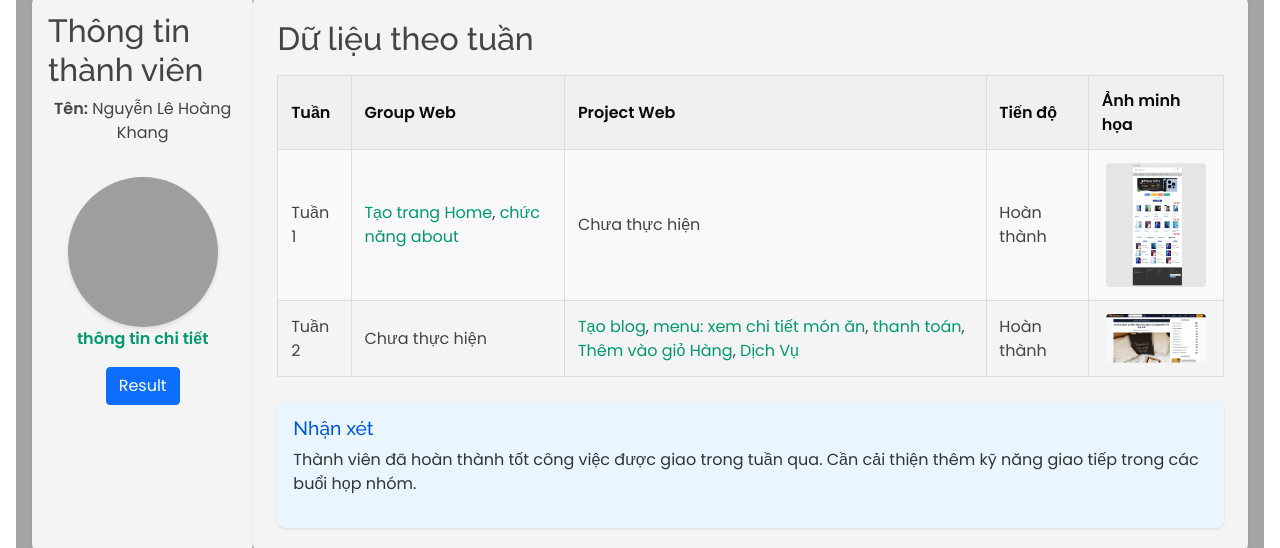
Repository: HoangKhangKhuPho4/Group_Web
Page: results.html
An editor plug-in stored every save of this project. The page is shown before and after the next save, followed by the edit.
The browser window is 1280 px wide. The pictures show the part of the page from y = 1113 to 1661 px (the page is 3095 px tall).
Pictures or frames that could not be fetched are drawn as grey boxes. A picture or video elsewhere on the page could not be fetched, so the positions and the page height are approximate.

Above is the page before, as saved 2025-01-18 19:59:59.

### results.html
<!DOCTYPE html>
<html lang="en">
<head>
    <meta charset="UTF-8">
    <meta name="viewport" content="width=device-width, initial-scale=1.0">
    <title>Thông tin thành viên</title>
    <!-- Favicons -->
    <link href="assets/img/favicon.png" rel="icon" />
    <link href="assets/img/apple-touch-icon.png" rel="apple-touch-icon" />

    <!-- Google Fonts -->
    <link
      href="https://fonts.googleapis.com/css?family=Open+Sans:300,300i,400,400i,600,600i,700,700i|Raleway:300,300i,400,400i,500,500i,600,600i,700,700i|Poppins:300,300i,400,400i,500,500i,600,600i"
      rel="stylesheet"
    />

    <!-- Vendor CSS Files -->
    <link href="assets/vendor/aos/aos.css" rel="stylesheet" />
    <link
      href="assets/vendor/bootstrap/css/bootstrap.min.css"
      rel="stylesheet"
    />
    <link
      href="assets/vendor/bootstrap-icons/bootstrap-icons.css"
      rel="stylesheet"
    />
    <link href="assets/vendor/boxicons/css/boxicons.min.css" rel="stylesheet" />
    <link
      href="assets/vendor/glightbox/css/glightbox.min.css"
      rel="stylesheet"
    />
    <link href="assets/vendor/remixicon/remixicon.css" rel="stylesheet" />
    <link href="assets/vendor/swiper/swiper-bundle.min.css" rel="stylesheet" />

    <!-- Bootstrap Icons -->
    <link
      href="https://cdn.jsdelivr.net/npm/bootstrap-icons@1.10.5/font/bootstrap-icons.css"
      rel="stylesheet"
    />

    <!-- Template Main CSS File -->
    <link href="assets/css/style.css" rel="stylesheet" />
    <link rel="stylesheet" href="css\result.css">
</head>
<body>
    <!-- ======= Header ======= -->
    <header id="header" class="fixed-top d-flex align-items-center">
        <div class="container-header">
            <div class="header-container d-flex align-items-center justify-content-between">
                <div class="logo">
                    <h1 class="text-light">
                        <a href="index.html"><span>Group 15</span></a>
                    </h1>
                </div>

                <nav id="navbar" class="navbar">
                    <ul>
                        <li>
                            <a class="nav-link scrollto " href="index.html">Home</a>
                        </li>
                        <li><a class="nav-link scrollto" href="about.html">About</a></li>
                        <li>
                            <a class="nav-link scrollto" href="groupDiary.html">Group Diary</a>
                        </li>
                        <li>
                            <a class="nav-link scrollto" href="technical.html">Technical</a>
                        </li>
                        <li>
                            <a class="nav-link scrollto" href="styleguide.html">Style Guide</a>
                        </li>
                        <li>
                            <a class="nav-link scrollto active" href="results.html">Results</a>
                        </li>
                        <li>
                            <a class="nav-link scrollto" href="project.html">Project</a>
                        </li>
                        <li>
                            <a class="nav-link scrollto" href="contact.html">Contact</a>
                        </li>
                    </ul>
                    <i class="bi bi-list mobile-nav-toggle"></i>
                </nav>
                <!-- .navbar -->
            </div>
            <!-- End Header Container -->
        </div>
    </header>

    <div class="container-content">
        <div class="main-content">
            <div class="member-info">
                <h2>Thông tin thành viên</h2>
                <div class="member-card">
                    <p><strong>Tên:</strong> Dương Quốc Toàn</p>
                    <img src="assets/img/team/team-1.jpg" alt="Ảnh thành viên" class="member-photo">
                    <p><strong><a href="https://www.facebook.com/share/KgZ8NYxNgyUj9bbq/">thông tin chi tiết</a></strong></p>
                </div>
            </div>
            <div class="weekly-data">
                <h2>Dữ liệu theo tuần</h2>
                <table>
                    <thead>
                        <tr>
                            <th>Tuần</th>
                            <th>Công việc đã làm</th>
                            <th>Tiến độ</th>
                            <th>Ảnh minh họa</th>
                        </tr>
                    </thead>
                    <tbody>
                        <tr>
                            <td>Tuần 1</td>
                            <td>Tạo chức năng Group Diary</td>
                            <td>Hoàn thành</td>
                            <td>
                                <img src="img\project\groupDiary.png" alt="Ảnh tuần 1" class="week-photo">
                            </td>
                        </tr>
                        <tr>
                            <td>Tuần 2</td>
                            <td>Tạo home:giới thiệu món ăn, đầu bếp,các chương trình khuyến mãi</td>
                            <td>Đang thực hiện</td>
                            <td>
                                <img src="assets\img\project\Home_Group11_Figma.jpg" alt="Ảnh tuần 2" class="week-photo">
                            </td>
                        </tr>
                    </tbody>
                </table>
                <div class="feedback">
                    <h3>Nhận xét</h3>
                    <p>Thành viên đã hoàn thành tốt công việc được giao trong tuần qua. Cần cải thiện thêm kỹ năng giao tiếp trong các buổi họp nhóm.</p>
                </div>
            </div>
        </div>
        <div class="main-content">
            <div class="member-info">
                <h2>Thông tin thành viên</h2>
                <div class="member-card">
                    <p><strong>Tên:</strong> Đặng Thị Mỹ Hạnh</p>
                    <img src="assets/img/team/team-2.jpg" alt="Ảnh thành viên" class="member-photo">
                    <p><strong><a href="https://www.facebook.com/profile.php?id=100024623842401">thông tin chi tiết</a></strong></p>
                </div>
            </div>
            <div class="weekly-data">
                <h2>Dữ liệu theo tuần</h2>
                <table>
                    <thead>
                        <tr>
                            <th>Tuần</th>
                            <th>Công việc đã làm</th>
                            <th>Tiến độ</th>
                            <th>Ảnh minh họa</th>
                        </tr>
                    </thead>
                    <tbody>
                        <tr>
                            <td>Tuần 1</td>
                            <td>Tạo chức năng Style Guide, Result</td>
                            <td>Hoàn thành</td>
                            <td>
                                <img src="img\project\styleGiay.png" alt="Ảnh tuần 1" class="week-photo">
                            </td>
                        </tr>
                        <tr>
                            <td>Tuần 2</td>
                            <td>Tạo chức năng contact, đặt hàng online</td>
                            <td>Đang thực hiện</td>
                            <td>
                                <img src="img\project\contactFigma.jpg" alt="Ảnh tuần 2" class="week-photo">
                            </td>
                        </tr>
                    </tbody>
                </table>
                <div class="feedback">
                    <h3>Nhận xét</h3>
                    <p>Thành viên đã hoàn thành tốt công việc được giao trong tuần qua. Cần cải thiện thêm kỹ năng giao tiếp trong các buổi họp nhóm.</p>
                </div>
            </div>
        </div>
<!-- ...existing code... -->
<div class="main-content">
    <div class="member-info">
        <h2>Thông tin thành viên</h2>
        <div class="member-card">
            <p><strong>Tên:</strong> Nguyễn Lê Hoàng Khang</p>
            <img src="assets/img/team/team-3.png" alt="Ảnh thành viên" class="member-photo">
            <p><strong><a href="https://www.facebook.com/profile.php?id=100088292157574&locale=vi_VN">thông tin chi tiết</a></strong></p>
            <p><strong><a href="result.html" class="btn btn-primary">Result</a></strong></p>
        </div>
    </div>
    <div class="weekly-data">
        <h2>Dữ liệu theo tuần</h2>
        <table>
            <thead>
                <tr>
                    <th>Tuần</th>
                    <th>Group Web</th>
                    <th>Project Web</th>
                    <th>Tiến độ</th>
                    <th>Ảnh minh họa</th>
                </tr>
            </thead>
            <tbody>
                <tr>
                    <td>Tuần 1</td>
                    <td>
                        <a href="home.html">Tạo trang Home</a>,
                        <a href="about.html">chức năng about</a>
                    </td>
                    <td>Chưa thực hiện</td>
                    <td>Hoàn thành</td>
                    <td>
                        <img src="img/project/home.png" alt="Ảnh tuần 1" class="week-photo">
                    </td>
                </tr>
                <tr>
                    <td>Tuần 2</td>
                    <td>Chưa thực hiện</td>
                    <td>
                        <a href="blog.html">Tạo blog</a>,
                        <a href="menu.html">menu: xem chi tiết món ăn</a>,
                        <a href="payment.html">thanh toán</a>,
                        <a href="cart.html">Thêm vào giỏ Hàng</a>,
                        <a href="service.html">Dịch Vụ</a>
                    </td>
                    <td>Hoàn thành</td>
                    <td>
                        <img src="img/project/bolg.png" alt="Ảnh tuần 2" class="week-photo">
                    </td>
                </tr>
            </tbody>
        </table>
        <div class="feedback">
            <h3>Nhận xét</h3>
            <p>Thành viên đã hoàn thành tốt công việc được giao trong tuần qua. Cần cải thiện thêm kỹ năng giao tiếp trong các buổi họp nhóm.</p>
        </div>
    </div>
</div>
<!-- ...existing code... -->
        <div class="main-content">
            <div class="member-info">
                <h2>Thông tin thành viên</h2>
                <div class="member-card">
                    <p><strong>Tên:</strong> Võ Hoàng Nam</p>
                    <img src="assets/img/team/team-4.jpg" alt="Ảnh thành viên" class="member-photo">
                    <p><strong><a href="https://www.facebook.com/profile.php?id=100053449847355&mibextid=kFxxJD">thông tin chi tiết</a></strong></p>
                </div>
            </div>
            <div class="weekly-data">
                <h2>Dữ liệu theo tuần</h2>
                <table>
                    <thead>
                        <tr>
                            <th>Tuần</th>
                            <th>Công việc đã làm</th>
                            <th>Tiến độ</th>
                            <th>Ảnh minh họa</th>
                        </tr>
                    </thead>
                    <tbody>
                        <tr>
                            <td>Tuần 1</td>
                            <td>Tạo chức năng Project</td>
                            <td>Hoàn thành</td>
                            <td>
                                <img src="img\project\project.png" alt="Ảnh tuần 1" class="week-photo">
                            </td>
                        </tr>
                        <tr>
                            <td>Tuần 2</td>
                            <td>Tạo chức năng book a table, search</td>
                            <td>Hoàn thành</td>
                            <td>
                                <img src="img\project\bookATable.png" alt="Ảnh tuần 2" class="week-photo">
                            </td>
                        </tr>
                    </tbody>
                </table>
                <div class="feedback">
                    <h3>Nhận xét</h3>
                    <p>Thành viên đã hoàn thành tốt công việc được giao trong tuần qua. Cần cải thiện thêm kỹ năng giao tiếp trong các buổi họp nhóm.</p>
                </div>
            </div>
        </div>
        <div class="main-content">
            <div class="member-info">
                <h2>Thông tin thành viên</h2>
                <div class="member-card">
                    <p><strong>Tên:</strong> Hà Huy Dũng</p>
                    <img src="assets/img/team/team-5.jpg" alt="Ảnh thành viên" class="member-photo">
                    <p><strong><a href="https://www.facebook.com/profile.php?id=100010432057735">thông tin chi tiết</a></strong></p>
                </div>
            </div>
            <div class="weekly-data">
                <h2>Dữ liệu theo tuần</h2>
                <table>
                    <thead>
                        <tr>
                            <th>Tuần</th>
                            <th>Công việc đã làm</th>
                            <th>Tiến độ</th>
                            <th>Ảnh minh họa</th>
                        </tr>
                    </thead>
                    <tbody>
                        <tr>
                            <td>Tuần 1</td>
                            <td>Tạo chức năng Technical, contact</td>
                            <td>Hoàn thành</td>
                            <td>
                                <img src="img\project\contact.png" alt="Ảnh tuần 1" class="week-photo">
                            </td>
                        </tr>
                        <tr>
                            <td>Tuần 2</td>
                            <td>Tạo chức năng login, thông tin khách hàng</td>
                            <td>Hoàn thành</td>
                            <td>
                                <img src="img\project\login1.jpg" alt="Ảnh tuần 2" class="week-photo">
                            </td>
                        </tr>
                    </tbody>
                </table>
                <div class="feedback">
                    <h3>Nhận xét</h3>
                    <p>Thành viên đã hoàn thành tốt công việc được giao trong tuần qua. Cần cải thiện thêm kỹ năng giao tiếp trong các buổi họp nhóm.</p>
                </div>
            </div>
        </div>
        <!-- End Contact Section -->
    <footer id="footer">
        <div class="footer-container">
            <div class="footer-column">
                <h4>About Us</h4>
                <p>
                    We are a team of passionate individuals dedicated to delivering the
                    best services to our clients. Our mission is to provide innovative
                    solutions and exceptional customer service.
                </p>
            </div>
            <div class="footer-column">
                <h4>Useful Links</h4>
                <ul>
                    <li><a href="index.html">Home</a></li>
                    <li><a href="about.html">About Us</a></li>
                    <li><a href="services.html">Services</a></li>
                    <li><a href="terms.html">Terms of Service</a></li>
                    <li><a href="privacy.html">Privacy Policy</a></li>
                </ul>
            </div>
            <div class="footer-column">
                <h4>Services</h4>
                <ul>
                    <li><a href="#">Web Design</a></li>
                    <li><a href="#">Web Development</a></li>
                    <li><a href="#">Marketing</a></li>
                    <li><a href="#">Graphic Design</a></li>
                    <li><a href="#">Technical Support</a></li>
                </ul>
            </div>
            <div class="footer-column">
                <h4>Contact Us</h4>
                <p>
                    123 ABC Street, XYZ District<br />
                    City, Country<br />
                    Phone: +84 123 456 789<br />
                    Email: info@example.com
                </p>
            </div>
        </div>
    </footer>
        <div class="footer-bottom">
            <div class="container d-md-flex py-4">
                <div class="me-md-auto text-center text-md-start">
                    <div class="copyright">
                        &copy; Copyright <strong><span>Group 15</span></strong>. All Rights Reserved
                    </div>
                    <div class="credits">Designed by <a href="#">Group 15</a></div>
                </div>
                <div class="social-links text-center text-md-right pt-3 pt-md-0">
                    <a href="#" class="twitter" title="Twitter"><i class="bx bxl-twitter"></i></a>
                    <a href="#" class="facebook" title="Facebook"><i class="bx bxl-facebook"></i></a>
                    <a href="#" class="instagram" title="Instagram"><i class="bx bxl-instagram"></i></a>
                    <a href="#" class="google-plus" title="Skype"><i class="bx bxl-skype"></i></a>
                    <a href="#" class="linkedin" title="LinkedIn"><i class="bx bxl-linkedin"></i></a>
                </div>
            </div>
        </div>


</div>
</body>

</html>

### css/result.css
/* styles.css */
body {
    font-family: Arial, sans-serif;
    margin: 0;
    padding: 0;
    background-color: #f9f9f9;
    font-family: 'Poppins', sans-serif;
    background-color: #f8f9fa;
}
header#header {
    height: 80px; /* Chiều cao header */
    position: fixed;
    top: 0;
    left: 0;
    width: 100%;
    z-index: 1000;
    background-color: #fff; /* Đặt màu nền để header không bị trong suốt */
    box-shadow: 0 2px 4px rgba(0, 0, 0, 0.1); /* Tùy chọn: thêm bóng cho header */
}
.container-header {
    max-width: 1200px;
    margin: 0 auto;
    padding: 1rem; margin;
    background: white;
    border-radius: 8px;
    top: 0;
    left: 0;
    width: 100%;
    height: 80px; /* hoặc chiều cao tùy ý */
    position: fixed; /* Đảm bảo header cố định */
    z-index: 1000; /* Giữ header luôn trên cùng */
}
.container-content {
    margin: 0 auto;
    padding: 1rem;
    background: white;
    margin-top: 50px;
    border-radius: 8px;
}

.main-content {
    display: flex;
    background-color: #a6a3a3;
    padding-top: 0;
    padding: 1rem;

}
.member-info {
    flex: 0.5;
    background: #f4f4f4;
    padding: 1rem;
    box-shadow: 0 1px 3px rgba(0, 0, 0, 0.1);
    border-radius: 8px;
}
.member-card {
    text-align: center;
}
.member-photo {
    width: 150px;
    height: 150px;
    border-radius: 50%;
    margin-top: 1rem;
    box-shadow: 0 2px 4px rgba(0, 0, 0, 0.1);
}
.weekly-data {
    flex: 2.5;
    background: #f4f4f4;
    padding: 1.5rem;
    border-radius: 8px;
    box-shadow: 0 1px 3px rgba(0, 0, 0, 0.1);
}
table {
    text-align: center;
    width: 100%;
    border-collapse: collapse;
    margin-top: 1rem;
}
thead {
    background-color: #0057D9;
    color: rgb(11, 11, 11);
}
th, td {
    padding: 0.75rem;
    text-align: left;
    border: 1px solid #ddd;
}
.week-photo {
    width: 100px;
    height: auto;
    border-radius: 4px;
    display: block;
    margin: 0 auto;
}
tbody tr:nth-child(odd) {
    background-color: #f9f9f9;
}
tbody tr:nth-child(even) {
    background-color: #f4f4f4;
}
.weekly-data th, .weekly-data td {
    padding: 0.8rem;
    border: 1px solid #ddd;
    text-align: left;
}
.weekly-data th {
    background-color: #f0f0f0;
    font-weight: bold;
}
.feedback {
    margin-top: 1.5rem;
    padding: 1rem;
    background: #e9f6ff;
    border-radius: 8px;
    box-shadow: 0 1px 3px rgba(0, 0, 0, 0.1);
}
.feedback h3 {
    font-size: 1.2rem;
    margin-bottom: 0.5rem;
    color: #0057D9;
}
.feedback p {
    font-size: 1rem;
    line-height: 1.5;
    color: #333;
}
.footer {
    text-align: center;
    padding: 1rem;
    margin-top: 2rem;
    background: #0057D9;
    color: white;
    border-radius: 0 0 8px 8px;
}

Loaded but not shown: assets/vendor/aos/aos.css (library); assets/vendor/bootstrap/css/bootstrap.min.css (library); assets/vendor/bootstrap-icons/bootstrap-icons.css (library); assets/vendor/boxicons/css/boxicons.min.css (library); assets/vendor/glightbox/css/glightbox.min.css (library); assets/vendor/remixicon/remixicon.css (library); assets/vendor/swiper/swiper-bundle.min.css (library); assets/css/style.css (862 lines, source omitted)

After the next save:
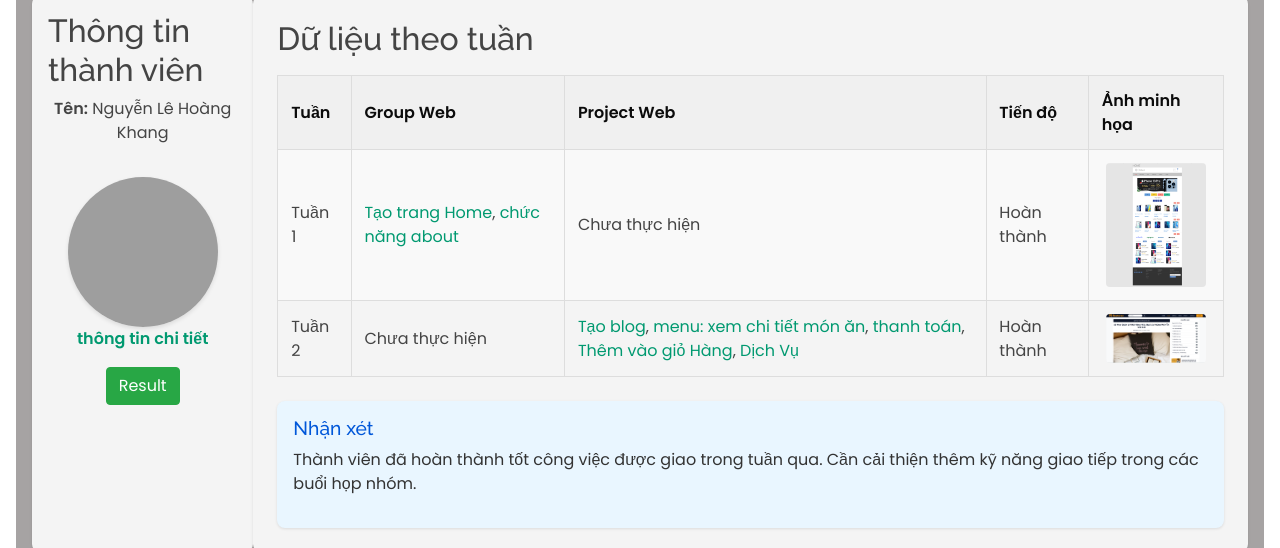
Saved 3 min 32 s later.
--- a/results.html
+++ b/results.html
@@ -185,8 +185,7 @@
             <p><strong>Tên:</strong> Nguyễn Lê Hoàng Khang</p>
             <img src="assets/img/team/team-3.png" alt="Ảnh thành viên" class="member-photo">
             <p><strong><a href="https://www.facebook.com/profile.php?id=100088292157574&locale=vi_VN">thông tin chi tiết</a></strong></p>
-            <p><strong><a href="result.html" class="btn btn-primary">Result</a></strong></p>
-        </div>
+            <a href="result.html" class="btn" style="background-color: #28a745; border-color: #28a745; color: #fff;">Result</a>        </div>
     </div>
     <div class="weekly-data">
         <h2>Dữ liệu theo tuần</h2>

After the save that followed:
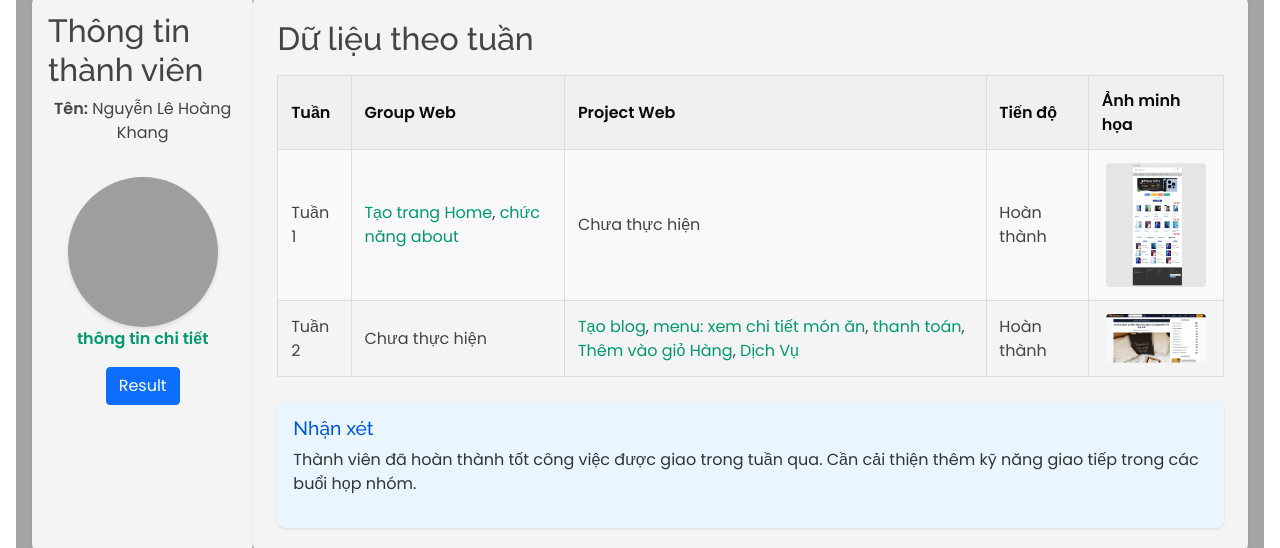
Saved 22 s later.
--- a/results.html
+++ b/results.html
@@ -185,7 +185,8 @@
             <p><strong>Tên:</strong> Nguyễn Lê Hoàng Khang</p>
             <img src="assets/img/team/team-3.png" alt="Ảnh thành viên" class="member-photo">
             <p><strong><a href="https://www.facebook.com/profile.php?id=100088292157574&locale=vi_VN">thông tin chi tiết</a></strong></p>
-            <a href="result.html" class="btn" style="background-color: #28a745; border-color: #28a745; color: #fff;">Result</a>        </div>
+            <p><strong><a href="result.html" class="btn btn-primary">Result</a></strong></p>
+        </div>
     </div>
     <div class="weekly-data">
         <h2>Dữ liệu theo tuần</h2>
